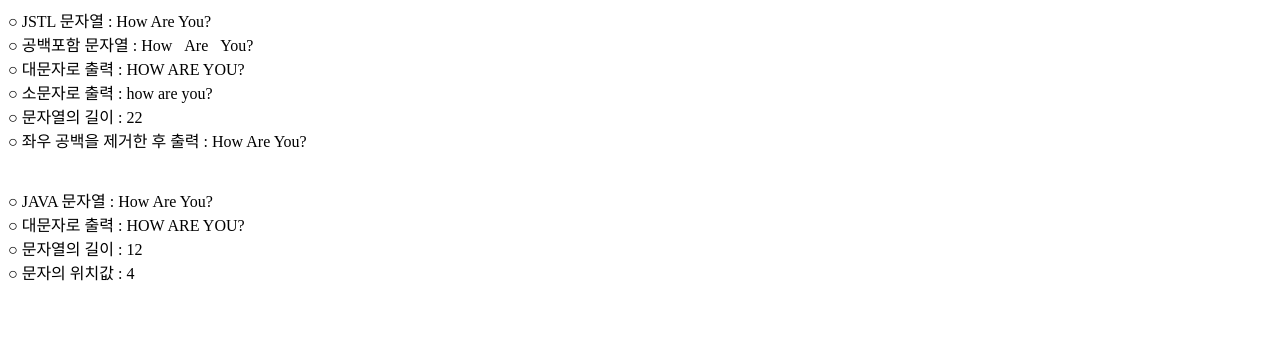
Repository: youngmoon525/Jsp_Servlet
Page: http://localhost/03.JSP/jsp40.jsp
The author's editor kept a copy of each file at every save. The page is drawn from the files as they stood at one save, then again after the next save.
The browser window is 1280 px wide. The pictures show the whole page.
The page is served by Tomcat 9. Other server files are loaded and not shown.

Above is the page before, as saved 2021-09-10 01:05:12.

### workspace/03.JSP/WebContent/jsp40.jsp
<%@ page language="java" contentType="text/html; charset=UTF-8"  pageEncoding="UTF-8"%>
<%@ taglib prefix="c" uri="http://java.sun.com/jsp/jstl/core" %>
<%@ taglib prefix="fn" uri="http://java.sun.com/jsp/jstl/functions" %>
<!DOCTYPE html>
<html>
<head>
<meta charset="UTF-8">
<title>JSP40</title>
</head>
<body>
<c:set var="str" value="   How   Are   You?   "/>
○ JSTL 문자열 : ${str }<br/>
○ 공백포함 문자열 : How&nbsp;&nbsp;&nbsp;Are&nbsp;&nbsp;&nbsp;You?<br/>
○ 대문자로 출력 : ${fn:toUpperCase(str) }<br/>
○ 소문자로 출력 : ${fn:toLowerCase(str) }<br/>
○ 문자열의 길이 : ${fn:length(str) }<br/>
○ 좌우 공백을 제거한 후 출력 : ${fn:trim(str) }<br/>


<br/><br/>
<%
String string = "How Are You?";
%>
○ JAVA 문자열 : <%=string %><br/>
○ 대문자로 출력 : <%=string.toUpperCase() %><br/>
○ 문자열의 길이 : <%=string.length() %><br/>
○ 문자의 위치값 : <%=string.indexOf("A") %>
</body>
</html>

After the next save:
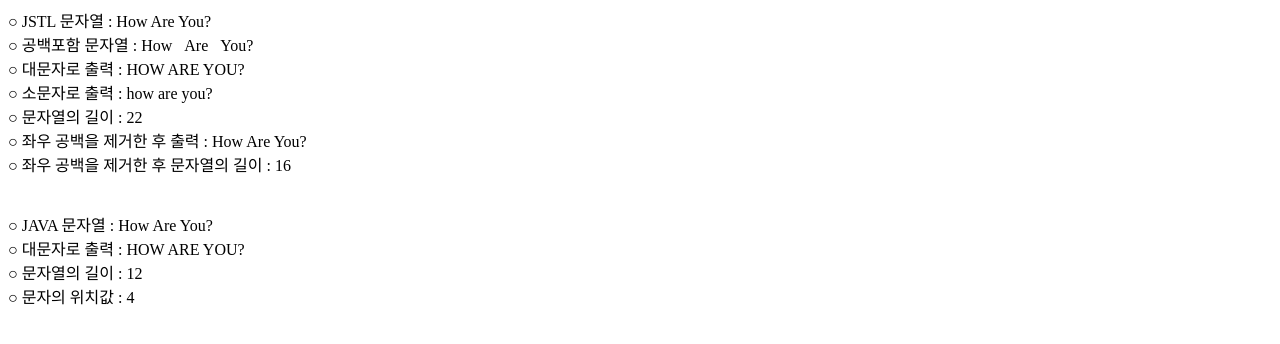
Saved 2 min 10 s later.
--- a/workspace/03.JSP/WebContent/jsp40.jsp
+++ b/workspace/03.JSP/WebContent/jsp40.jsp
@@ -15,6 +15,7 @@
 ○ 소문자로 출력 : ${fn:toLowerCase(str) }<br/>
 ○ 문자열의 길이 : ${fn:length(str) }<br/>
 ○ 좌우 공백을 제거한 후 출력 : ${fn:trim(str) }<br/>
+○ 좌우 공백을 제거한 후 문자열의 길이 : ${fn:length(fn:trim(str)) }<br/>
 
 
 <br/><br/>
